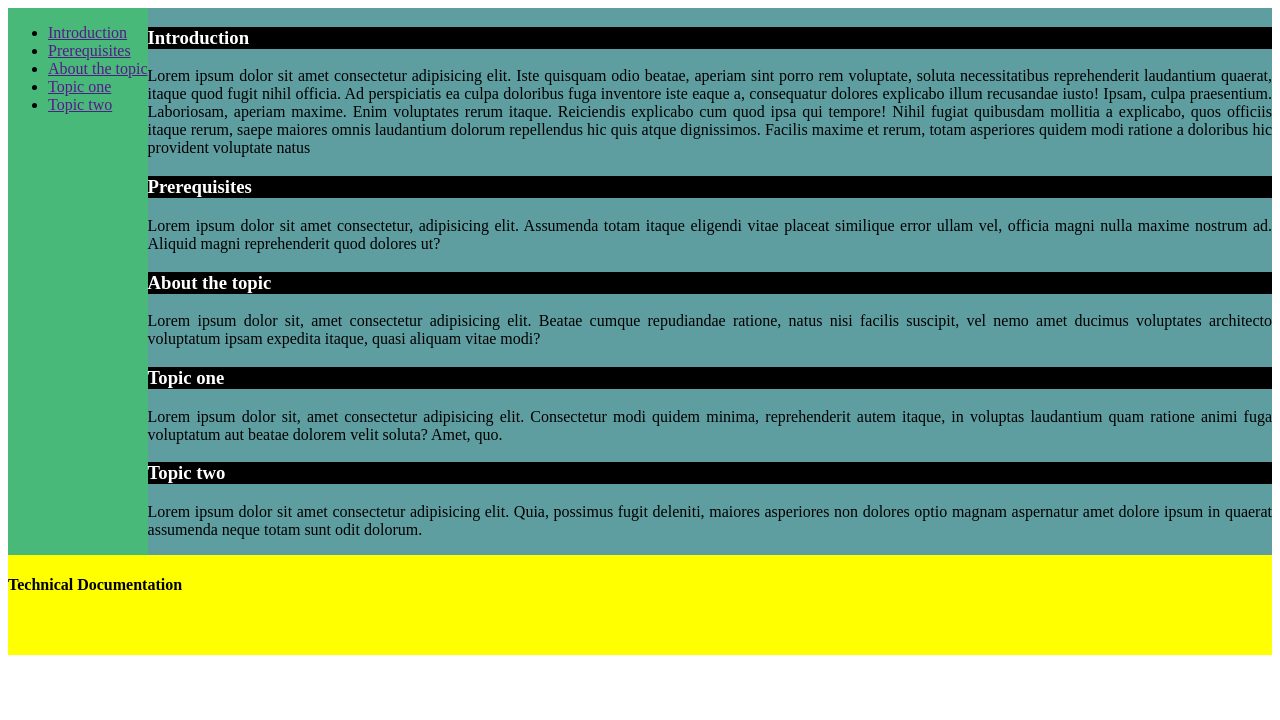
Repository: JoaoLemesDEV/Excercise-Tech-Documentation-Page
Page: index.html
These files come from the project's save history. The page is drawn as it stood at one moment and after a run of saves; the edit follows.
The browser window is 1280 px wide. The pictures show the whole page.

Above is the page before, as saved 2021-10-03 21:31:37.

### index.html
<!DOCTYPE html>
<html lang="en">
  <head>
    <meta charset="UTF-8" />
    <meta http-equiv="X-UA-Compatible" content="IE=edge" />
    <meta name="viewport" content="width=device-width, initial-scale=1.0" />
    <title>Technical Documentaion</title>
    <link rel="stylesheet" href="index.css" />
  </head>
  <body>
    <div class="wrapper">
      <header><h4>Technical Documentation</h4></header>
      <aside>
        <nav>
          <ul>
            <li><a href="">Introduction</a></li>
            <li><a href="">Prerequisites</a></li>
            <li><a href="">About the topic</a></li>
            <li><a href="">Topic one</a></li>
            <li><a href="">Topic two</a></li>
          </ul>
        </nav>
      </aside>
      <main>
        <section id="introduction">
          <h3 style="background: black; color: white">Introduction</h3>
          <p>
            Lorem ipsum dolor sit amet consectetur adipisicing elit. Iste
            quisquam odio beatae, aperiam sint porro rem voluptate, soluta
            necessitatibus reprehenderit laudantium quaerat, itaque quod fugit
            nihil officia. Ad perspiciatis ea culpa doloribus fuga inventore
            iste eaque a, consequatur dolores explicabo illum recusandae iusto!
            Ipsam, culpa praesentium. Laboriosam, aperiam maxime. Enim
            voluptates rerum itaque. Reiciendis explicabo cum quod ipsa qui
            tempore! Nihil fugiat quibusdam mollitia a explicabo, quos officiis
            itaque rerum, saepe maiores omnis laudantium dolorum repellendus hic
            quis atque dignissimos. Facilis maxime et rerum, totam asperiores
            quidem modi ratione a doloribus hic provident voluptate natus
          </p>
        </section>
        <section id="Prerequisites">
          <h3 style="background: black; color: white">Prerequisites</h3>
          <p>
            Lorem ipsum dolor sit amet consectetur, adipisicing elit. Assumenda
            totam itaque eligendi vitae placeat similique error ullam vel,
            officia magni nulla maxime nostrum ad. Aliquid magni reprehenderit
            quod dolores ut?
          </p>
        </section>
        <section id="about the topic">
          <h3 style="background: black; color: white">About the topic</h3>
          <p>
            Lorem ipsum dolor sit, amet consectetur adipisicing elit. Beatae
            cumque repudiandae ratione, natus nisi facilis suscipit, vel nemo
            amet ducimus voluptates architecto voluptatum ipsam expedita itaque,
            quasi aliquam vitae modi?
          </p>
        </section>
        <section id="topic one">
          <h3 style="background: black; color: white">Topic one</h3>
          <p>
            Lorem ipsum dolor sit, amet consectetur adipisicing elit.
            Consectetur modi quidem minima, reprehenderit autem itaque, in
            voluptas laudantium quam ratione animi fuga voluptatum aut beatae
            dolorem velit soluta? Amet, quo.
          </p>
        </section>
        <section id="topic two">
          <h3 style="background: black; color: white">Topic two</h3>
          <p>
            Lorem ipsum dolor sit amet consectetur adipisicing elit. Quia,
            possimus fugit deleniti, maiores asperiores non dolores optio magnam
            aspernatur amet dolore ipsum in quaerat assumenda neque totam sunt
            odit dolorum.
          </p>
        </section>
      </main>
      <footer></footer>
    </div>
  </body>
</html>

### index.css
.wrapper {
    display: grid;
    //grid-template-columns: 100px 100px 200px;
    //grid-template-rows: 150px 150px;
}

header{
  background-color: yellow;
  height: 100px;
  grid-column-start: 1;
  grid-column-end: 3;
}

aside{
background-color: rgb(73, 185, 122);
grid-row-start: 1;
grid-row-end: 2;
}

main{
  background-color: cadetblue;
  text-align: justify;
  grid-row-start: 1;
  grid-row-end: 2;
}

footer{
  background-color: red;
}

After the next 3 saves:
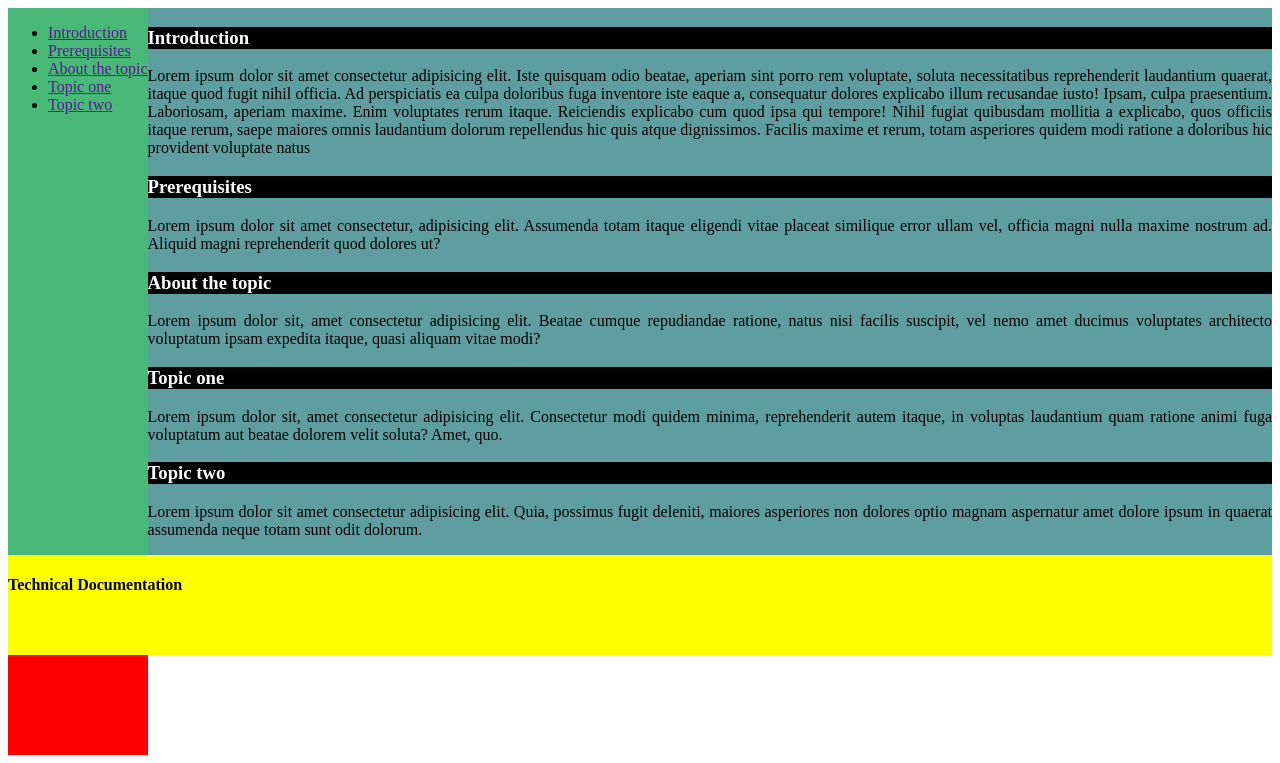
The 3 saves are shown as one change because they came seconds apart.
The last was saved 10 s later.
--- a/index.css
+++ b/index.css
@@ -26,4 +26,5 @@ main{
 
 footer{
   background-color: red;
+  height: 100px;
 }
